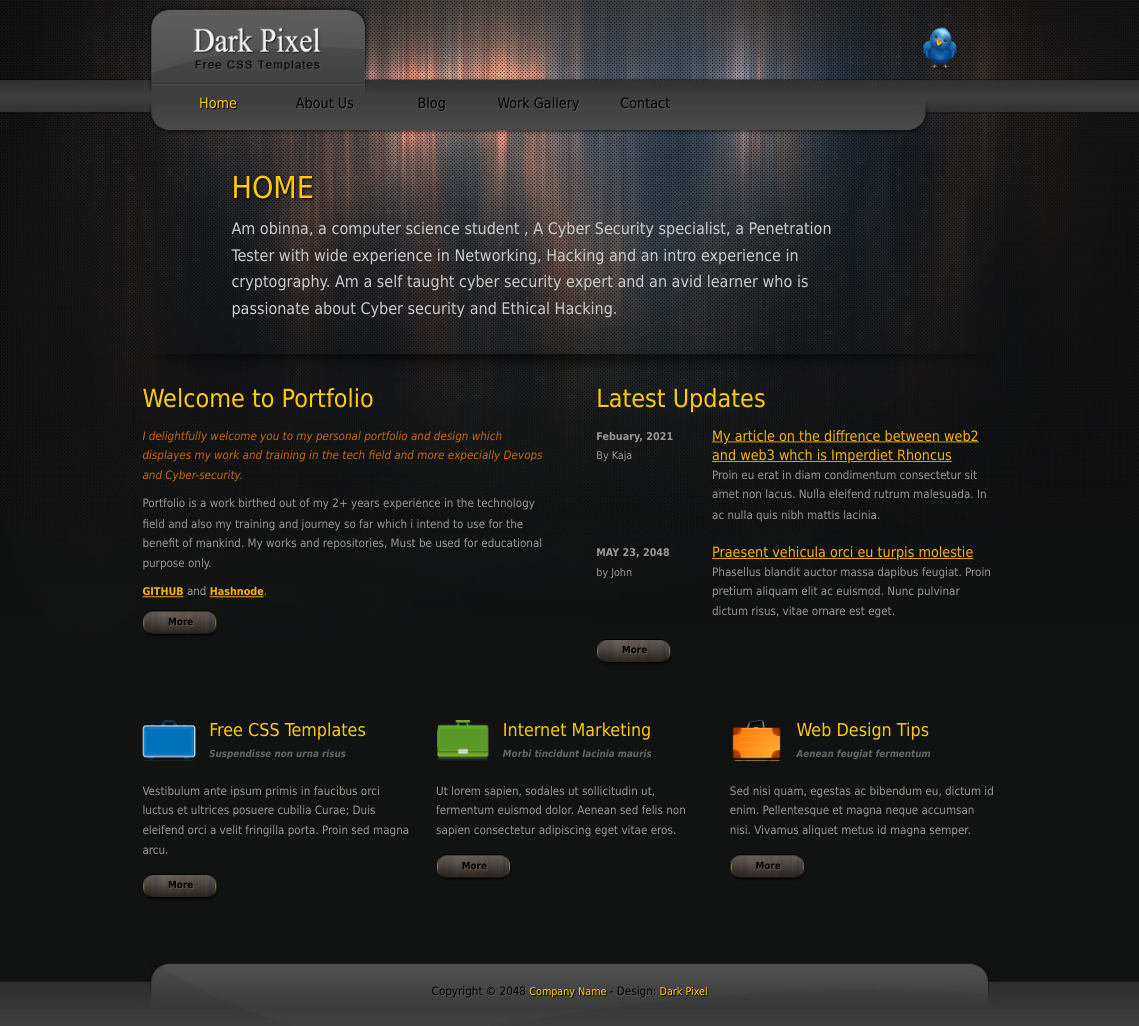
Repository: xenacode-art/Portfolio
Page: 2020_dark_pixel/index.html
The author's editor kept a copy of each file at every save. The page is drawn from the files as they stood at one save, then again after the next save.
The browser window is 1280 px wide. The pictures show the whole page, at 89% of full size.
Pictures or frames that could not be fetched are drawn as grey boxes.

Above is the page before, as saved 2022-03-07 22:17:15.

After the next save:
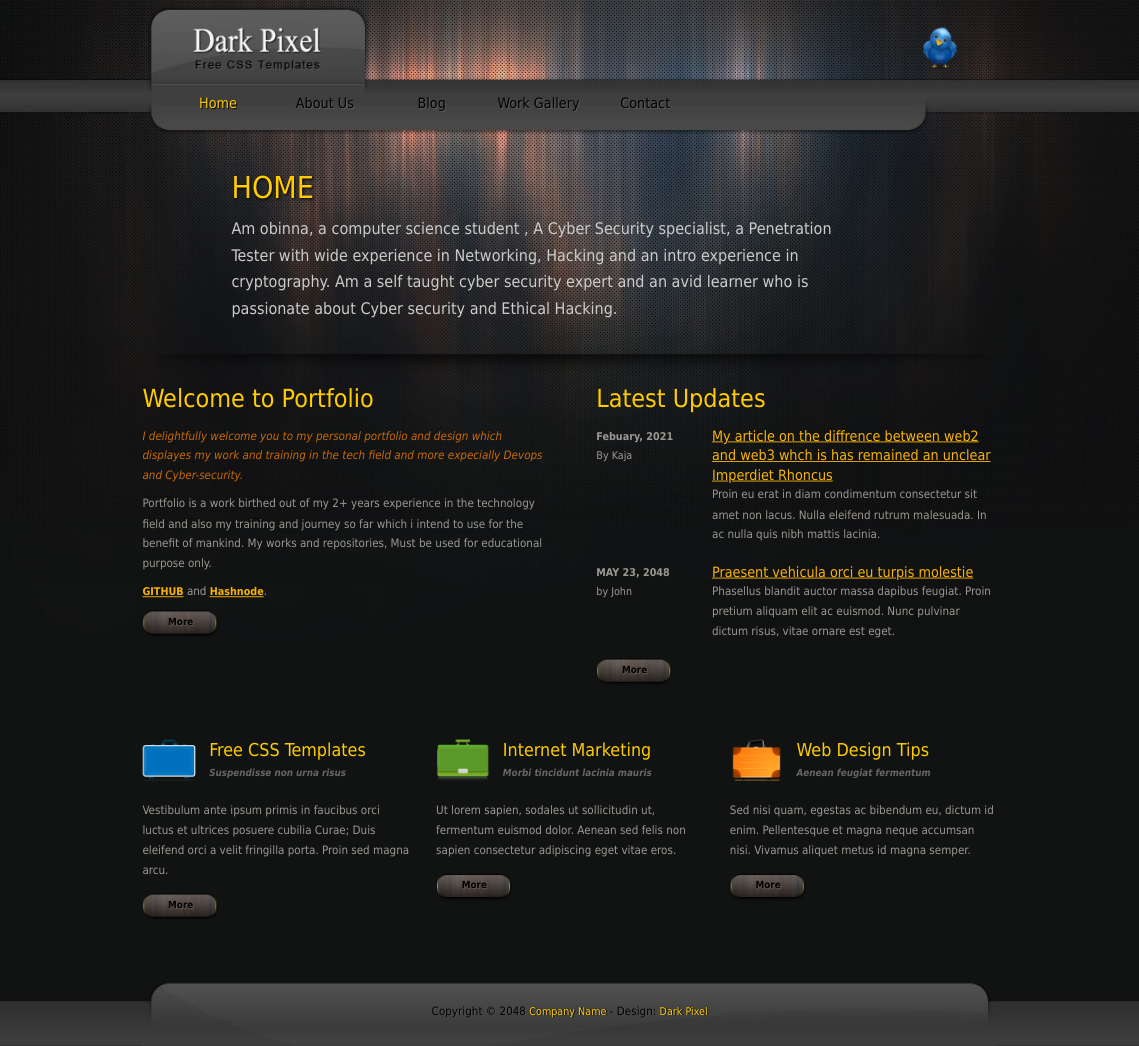
Saved 9 s later.
--- a/2020_dark_pixel/index.html
+++ b/2020_dark_pixel/index.html
@@ -64,7 +64,7 @@
                         </div>
 
 						<div class="lbe_content">
-                            <h3><a href="https://xenacod.hashnode.dev/web2-vs-web3-clear-difference">My article on the diffrence between web2 and web3 whch is
+                            <h3><a href="https://xenacod.hashnode.dev/web2-vs-web3-clear-difference">My article on the diffrence between web2 and web3 whch is has remained an unclear
                                     Imperdiet Rhoncus</a></h3>
                             <p>Proin eu erat in diam condimentum consectetur sit amet non lacus. Nulla eleifend rutrum malesuada. In ac nulla quis nibh mattis lacinia.</p>
                         </div>
